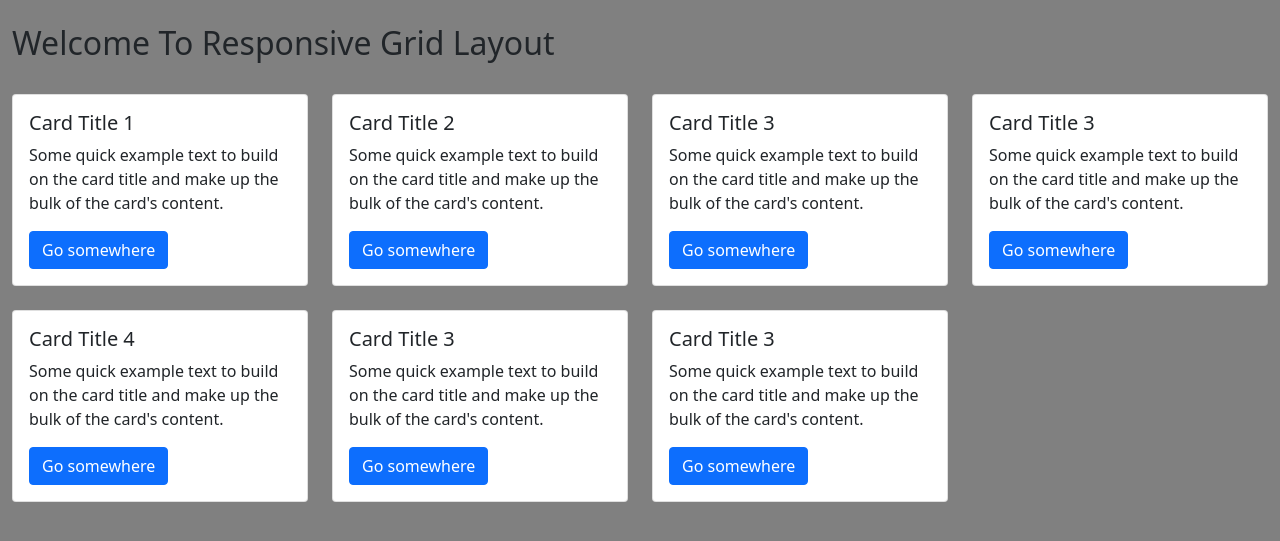
Repository: Dayvid0/BOOTSTRAP-TUTORIALS
Page: BOOTSTRAP-GRID-LAYOUTS/layouts.html
The author's editor kept a copy of each file at every save. The page is drawn from the files as they stood at one save, then again after the next save.
The browser window is 1280 px wide. The pictures show the whole page.

Above is the page before, as saved 2025-01-24 15:30:28.

After the next save:
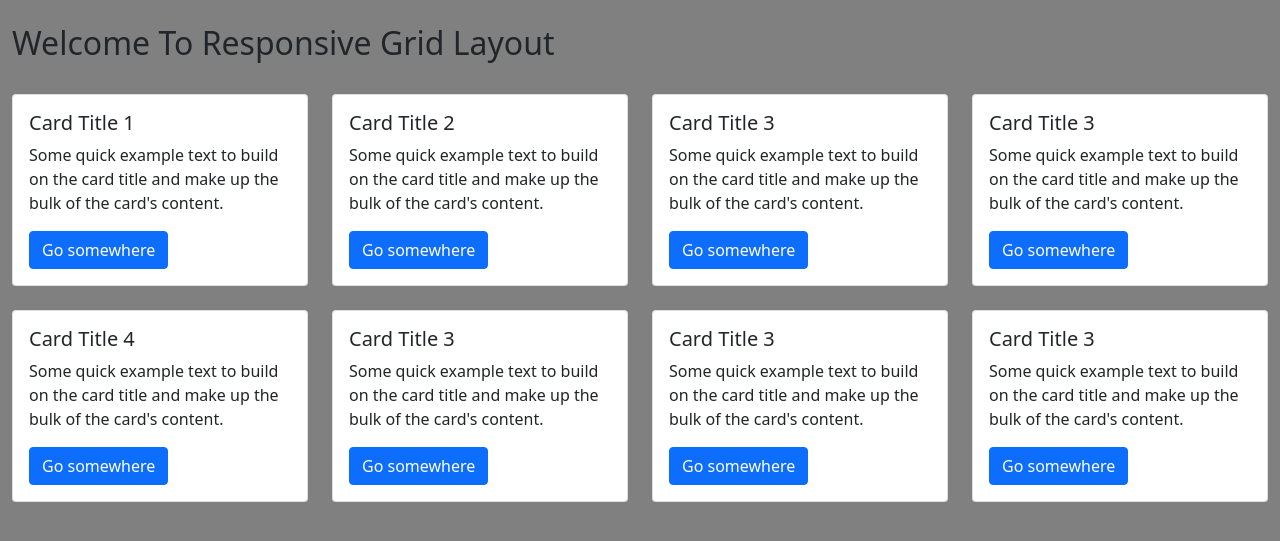
Saved 14 s later.
--- a/BOOTSTRAP-GRID-LAYOUTS/layouts.html
+++ b/BOOTSTRAP-GRID-LAYOUTS/layouts.html
@@ -87,6 +87,16 @@
             </div>
           </div>
         </div>
+        <!-- Card 7 -->
+        <div class="col-sm-12 col-md-4 col-lg-3  pb-4">
+          <div class="card" style="width: 100%;">
+            <div class="card-body">
+              <h5 class="card-title">Card Title 3</h5>
+              <p class="card-text">Some quick example text to build on the card title and make up the bulk of the card's content.</p>
+              <a href="#" class="btn btn-primary">Go somewhere</a>
+            </div>
+          </div>
+        </div>
       </div>
     </div>
     <script src="https://cdn.jsdelivr.net/npm/bootstrap@5.0.2/dist/js/bootstrap.bundle.min.js" integrity="sha384-MrcW6ZMFYlzcLA8Nl+NtUVF0sA7MsXsP1UyJoMp4YLEuNSfAP+JcXn/tWtIaxVXM" crossorigin="anonymous"></script>
